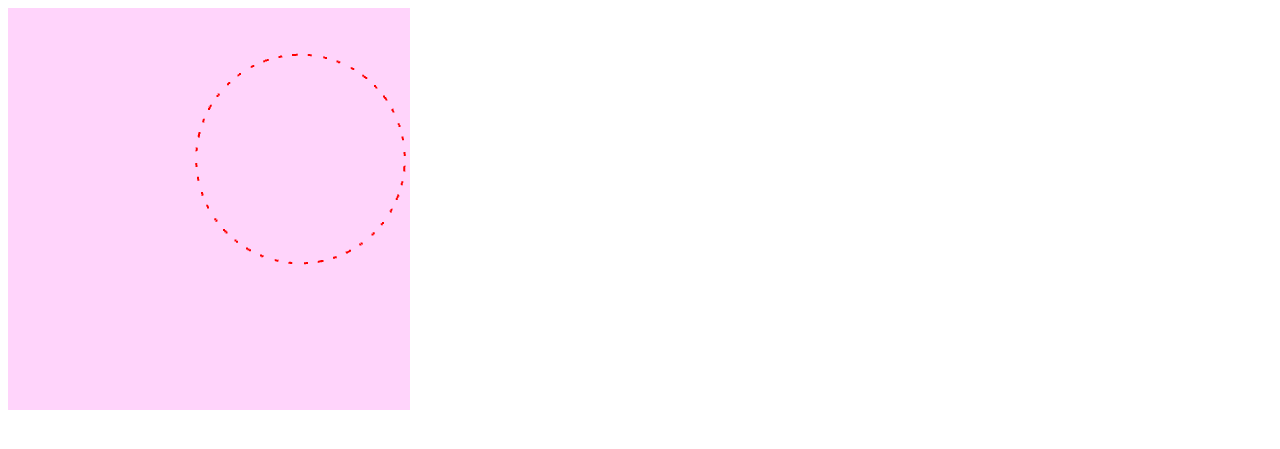
Repository: HyunraDate/ZhongpingShen
Page: Chocolate.html
An editor plug-in stored every save of this project. The page is shown before and after the next save, followed by the edit.
The browser window is 1280 px wide. The pictures show the whole page.

Above is the page before, as saved 2024-02-16 14:42:43.

### Chocolate.html
 <!DOCTYPE html>
 <html lang="en">
 <head>
    <meta charset="UTF-8">
    <meta name="viewport" content="width=device-width, initial-scale=1.0">
    <title>Valentines Day</title>
    <style>
      #webgl {
         border: 1px solid #ffd4fb;
      }
    </style>
 </head>

 <body>
    <canvas id="webgl" width="400" height="400">
      情人节快乐！
    </canvas>
    <script type="module" src="app2.js"></script>
 </body>
 </html>

### app2.js
//js往shader里传数据
import initShaders from './initShaders.js'

let canvas = document.getElementById('webgl')
let gl = canvas.getContext('webgl') //webgl 是3d，2d直接写2d


//vertexShader, fragmentShader 组成program


//后面要独立出来 因为these are all 字符串
//if you wanna use JS get data, like point

let vertexShader = `
attribute vec2 a_position;
void main() {
    gl_Position = vec4(a_position, 0.0, 1.0);
    gl_PointSize = 2.0;
}
`
//glsl

//this is 像素点的颜色的信息
let fragmentShader = `
void main() {
    gl_FragColor = vec4(1.0, 0.0, 0.0, 1.0);
}
`
//vec4是四维的向量
//对于三维空间的变换举证，必须要四维works, depends on 线性代数。一般为了简化运算是1.0 bzw.vec4(1.0, 0.0, 0.0, 1.0);
//usually float like:float size = 20.0; gl_PointSize = size;



initShaders(gl, vertexShader, fragmentShader) //执行函数
//==================in initShaders.js=========================================
// //Step3 封装成初始化的Shader 后面可以一直用
// function initShaders(gl, vertexSource, fragmentSource) {
//     let vertexShader = createShader(gl, gl.VERTEX_SHADER, vertexSource)
//     let fragmentShader= createShader(gl, gl.FRAGMENT_SHADER, fragmentSource)

//     let program = createProgram(gl, vertexShader, fragmentShader)

//     if (program){
//         gl.useProgram(program)
//         //为了获得program的作用域，所有把他挂在gl对象上，as a 属性
//         gl.program = program
//         return true
//     }
//     else{
//         console.log('failed to create program')
//         return false
//     }
// }

// console.log(gl.program)

// //this is 容器
// //let`s 封装
// /**
//  * create Shades Step1
//  */
// function createShader(gl, type, source){
//     let shader = gl.createShader(type)
//     gl.shaderSource(shader, source)

//     gl.compileShader(shader)

//     //complie shader result 有可能失败//对于错误的处理
//     let compiLe = gl.getShaderParameter(shader, gl.COMPILE_STATUS)
//     if (compiLe) {
//         return shader
//     }
//     else {
//         console.log('compile shader error' + error)
//         gl.deleteShader(shader)
//         return null
//     }
// }

// //咁你就可以直接调用函数啦 //封装去function initShaders里面啦
// // let vertexShader = createShader(gl, gl.VERTEX_SHADER, vertexSource)
// // let fragmentShader= createShader(gl, gl.FRAGMENT_SHADER, fragmentSource)

// //U dont need these anymore, they are in function now
// // let vertexShader = gl.createShader(gl.VERTEX_SHADER)
// // let fragmentShader = gl.createShader(gl.FRAGMENT_SHADER)

// // gl.shaderSource(vertexShader, vertexSource) //this is 源代码
// // gl.shaderSource(fragmentShader, fragmentSource)

// // gl.compileShader(vertexShader)
// // gl.compileShader(fragmentShader)

// //program
// /**
//  * create Program Step2
//  */
// function createProgram(gl, vertexShader, fragmentShader){ //()内传入参数
//     let program = gl.createProgram()
//     if(!program) return null //d.h 创建的时候如果有问题会变成null

//     gl.attachShader(program, vertexShader)
//     gl.attachShader(program, fragmentShader)

//     gl.linkProgram(program)
//     //link program result
//     let linked = gl.getProgramParameter(program, gl.LINK_STATUS)
//     if (linked) {
//         // gl.useProgram(program) 封装去function initShaders里面啦
//         return program
//     }
//     else{
//         let error = gl.getPrpgramInfoLog(program)
//         console.log('link program error' + error)
//         gl.deleteProgram(program)
//         gl.deleteShader(vertexShader)
//         gl.deleteShader(fragmentShader)
//         return null
//     }

// }

// 你也要封装去function initShaders里面啦
// createProgram(gl, vertexShader, fragmentShader)

//==================in initShaders.js=========================================

//webgl (3d) //清空canvas画布
//gl.clearColor(0.5, 0.5, 0.5, 1.0)  //(0.0, 0.0, 0.0, 1.0)Black //RGB + Ahpha透明通道，0.0完全透明
//gl.clear(gl.COLOR_BUFFER_BIT) //大写：常量 like Math.PI //this is 清空颜色*(整个画布)

//ps if you wanna #ffd4fb，你可以将其转换为RGB值，然后将每个分量除以255.0来得到相应的浮点数。
// 将颜色#ffd4fb转换为浮点数
let r = 255 / 255.0;
let g = 212 / 255.0;
let b = 251 / 255.0;

// 设置清除颜色
gl.clearColor(r, g, b, 1.0);
gl.clear(gl.COLOR_BUFFER_BIT)

//let position = [0.6, 0.0] //in this way 我们改东西只需要在js中改

let x = 0
let y = 0
let n = 100
for(let i = 0; i < n; i++){
    let r = 0.5
    x += Math.sin(i) * r
    y += Math.cos(i) * r //应该是个元


    let location = gl.getAttribLocation(gl.program, 'a_position') //传参：我们WebGL的名称：program
    console.log(location) //获取成功是0，失败是-1

    //写法2
    gl.vertexAttrib2f(location, x, y) //ES6写法
    //gl.vertexAttrib2fv(location, new Float32Array(position)) //both ok *这里2fv 有v
    //画一个点
    gl.drawArrays(gl.POINTS, 0, 1)
}


//写法1
//gl.vertexAttrib1f(location, 0.6, 0.0)
//1f float, 2f 2D, 3f 3D, 这段代码传到上面的 let vertexShader中。



//webgl (2d)
//ctx.fillRect(0, 0, 400, 400)
// gl.fillStyle = 'fuchsia'
// gl.fillRect(0, 0, 400, 400)

console.log(gl.program)
//因为后面画东西的时候会用到gl.program

### initShaders.js
//Step3 封装成初始化的Shader 后面可以一直用
export default function initShaders(gl, vertexSource, fragmentSource) {
    let vertexShader = createShader(gl, gl.VERTEX_SHADER, vertexSource)
    let fragmentShader= createShader(gl, gl.FRAGMENT_SHADER, fragmentSource)

    let program = createProgram(gl, vertexShader, fragmentShader)

    if (program){
        gl.useProgram(program)
        //为了获得program的作用域，所有把他挂在gl对象上，as a 属性
        gl.program = program
        return true
    }
    else{
        console.log('failed to create program')
        return false
    }
}

//console.log(gl.program)

//this is 容器
//let`s 封装
/**
 * create Shades Step1
 */
function createShader(gl, type, source){
    let shader = gl.createShader(type)
    gl.shaderSource(shader, source)

    gl.compileShader(shader)

    //complie shader result 有可能失败//对于错误的处理
    let compiLed = gl.getShaderParameter(shader, gl.COMPILE_STATUS)
    if (compiLed) {
        return shader
    }
    else {
        console.log('compile shader error' + error)
        gl.deleteShader(shader)
        return null
    }
}

//咁你就可以直接调用函数啦 //封装去function initShaders里面啦
// let vertexShader = createShader(gl, gl.VERTEX_SHADER, vertexSource)
// let fragmentShader= createShader(gl, gl.FRAGMENT_SHADER, fragmentSource)

//U dont need these anymore, they are in function now
// let vertexShader = gl.createShader(gl.VERTEX_SHADER)
// let fragmentShader = gl.createShader(gl.FRAGMENT_SHADER)

// gl.shaderSource(vertexShader, vertexSource) //this is 源代码
// gl.shaderSource(fragmentShader, fragmentSource)

// gl.compileShader(vertexShader)
// gl.compileShader(fragmentShader)

//program
/**
 * create Program Step2
 */
//把两个shader放在一起
function createProgram(gl, vertexShader, fragmentShader){ //()内传入参数
    let program = gl.createProgram()
    if(!program) return null //d.h 创建的时候如果有问题会变成null

    gl.attachShader(program, vertexShader)
    gl.attachShader(program, fragmentShader)

    gl.linkProgram(program)
    //link program result
    let linked = gl.getProgramParameter(program, gl.LINK_STATUS)
    if (linked) {
        // gl.useProgram(program) 封装去function initShaders里面啦
        return program
    }
    else{
        let error = gl.getPrpgramInfoLog(program)
        console.log('link program error' + error)
        gl.deleteProgram(program)
        gl.deleteShader(vertexShader)
        gl.deleteShader(fragmentShader)
        return null
    }

}

After the next save:
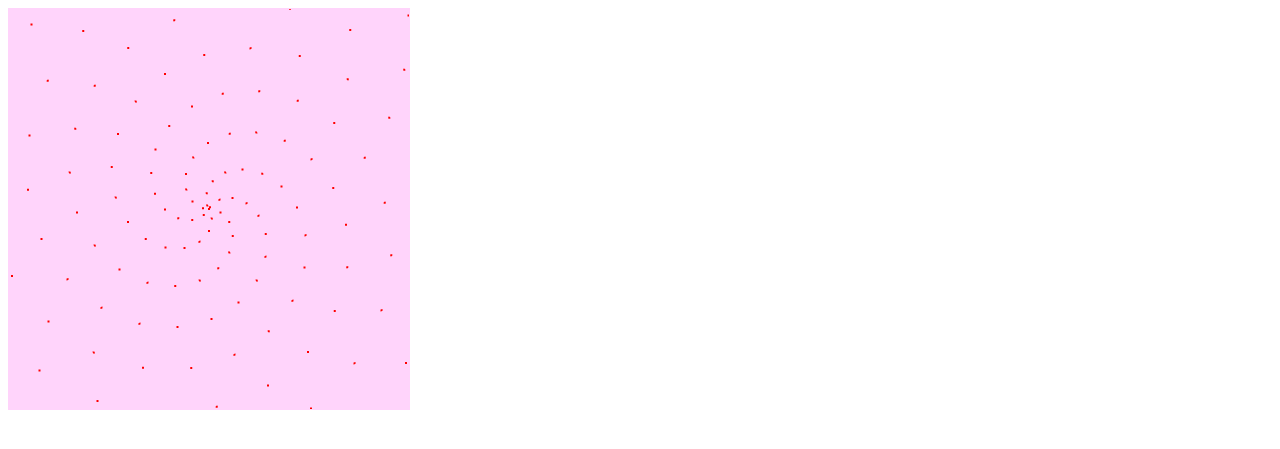
Saved 4 min 17 s later.
--- a/app2.js
+++ b/app2.js
@@ -144,11 +144,17 @@ gl.clear(gl.COLOR_BUFFER_BIT)
 
 let x = 0
 let y = 0
-let n = 100
+let n = 1000
 for(let i = 0; i < n; i++){
-    let r = 0.5
-    x += Math.sin(i) * r
-    y += Math.cos(i) * r //应该是个元
+    //一个圆
+    // let r = 0.5
+    // x += Math.sin(i) * r
+    // y += Math.cos(i) * r
+
+    //放射流星尾巴
+    let r = i / 100
+    x = r * Math.cos(i)
+    y = r * Math.sin(i)
 
 
     let location = gl.getAttribLocation(gl.program, 'a_position') //传参：我们WebGL的名称：program
